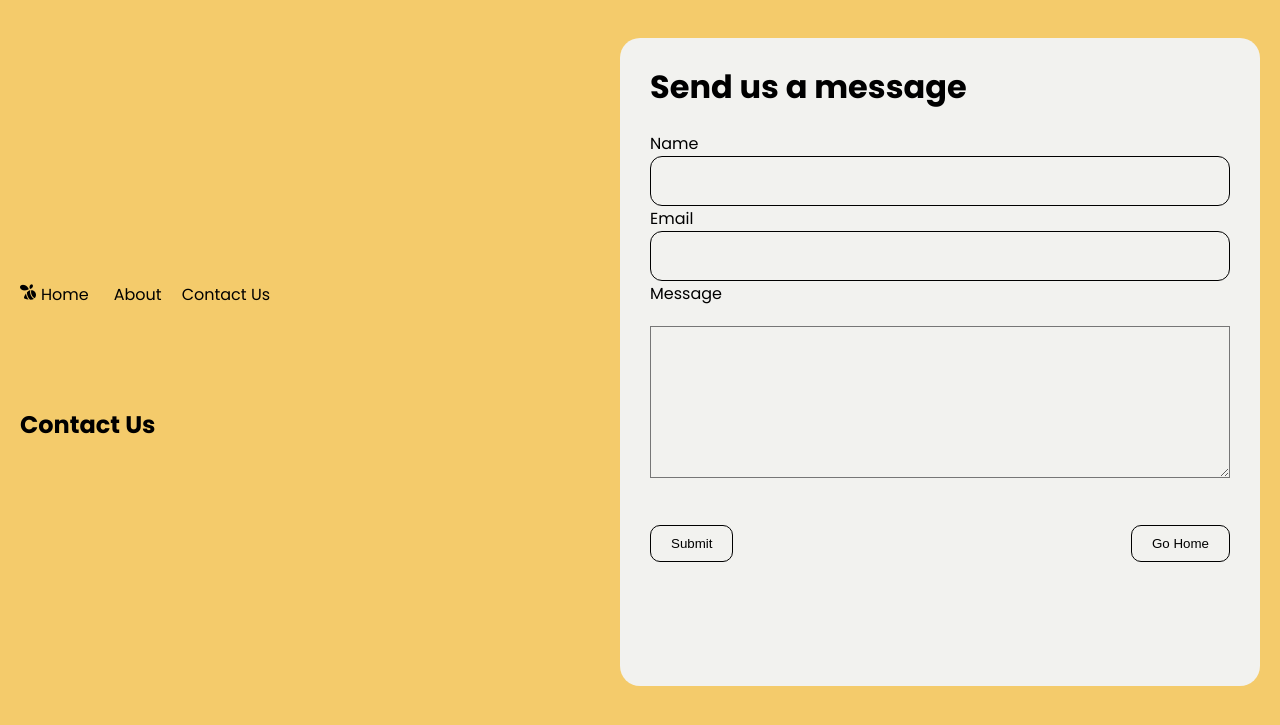
Repository: ble-syn/Random-user-generator-app
Page: /contact
An editor plug-in stored every save of this project. The page is shown before and after the next save, followed by the edit.
The browser window is 1280 px wide. The pictures show the whole page.
The project was rebuilt for these pictures with package versions that can differ from the ones it lists, and the page was loaded fresh each time. Also part of the build but not shown: src/components/pagination.jsx, src/components/User.jsx, src/pages/Home.jsx, src/components/ErrorFallback.jsx, src/pages/About.jsx, src/pages/NotFound.jsx, src/pages/Mission.jsx, src/pages/Vision.jsx.

Above is the page before, as saved 2022-10-28 22:21:28.

After the next save:
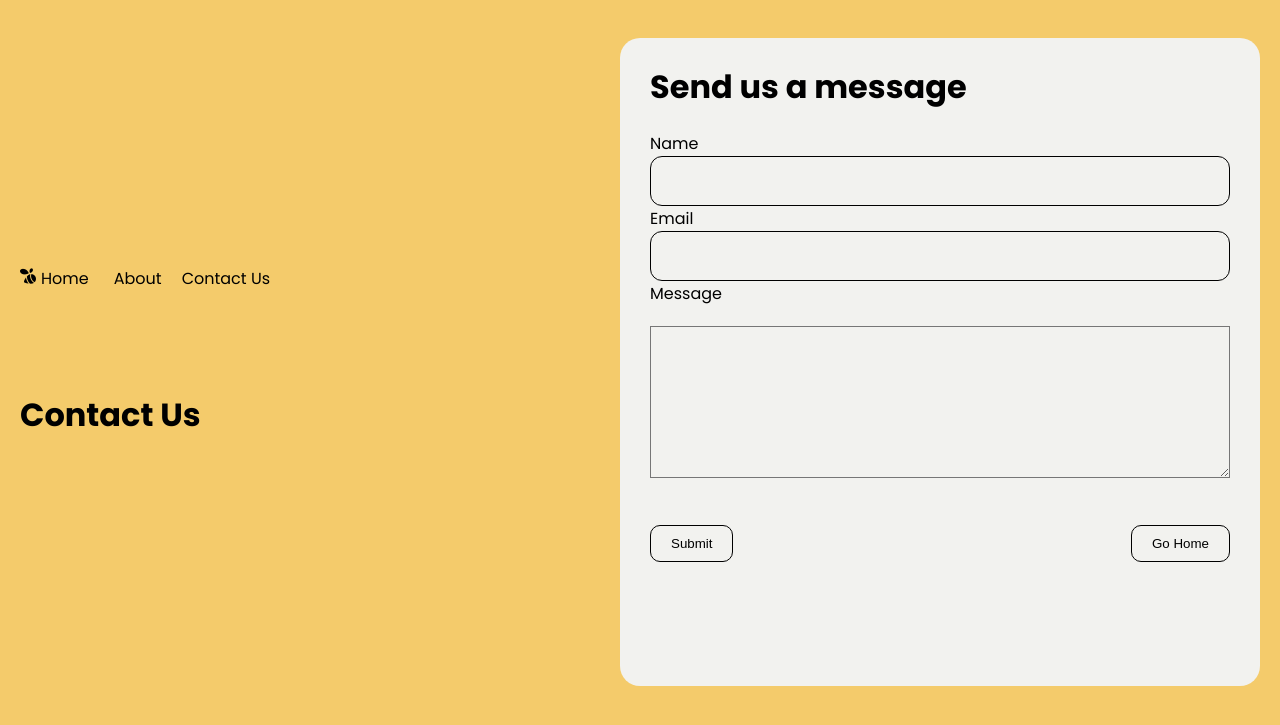
Saved 31 s later.
--- a/src/index.css
+++ b/src/index.css
@@ -119,7 +119,7 @@ background-color: #8DCC50;
   border-radius: 20px;
   padding: 5px 30px;
 }
-#right h2 {
+ h2 {
   font-size: 2rem;
   margin: 20px 0;
 }
